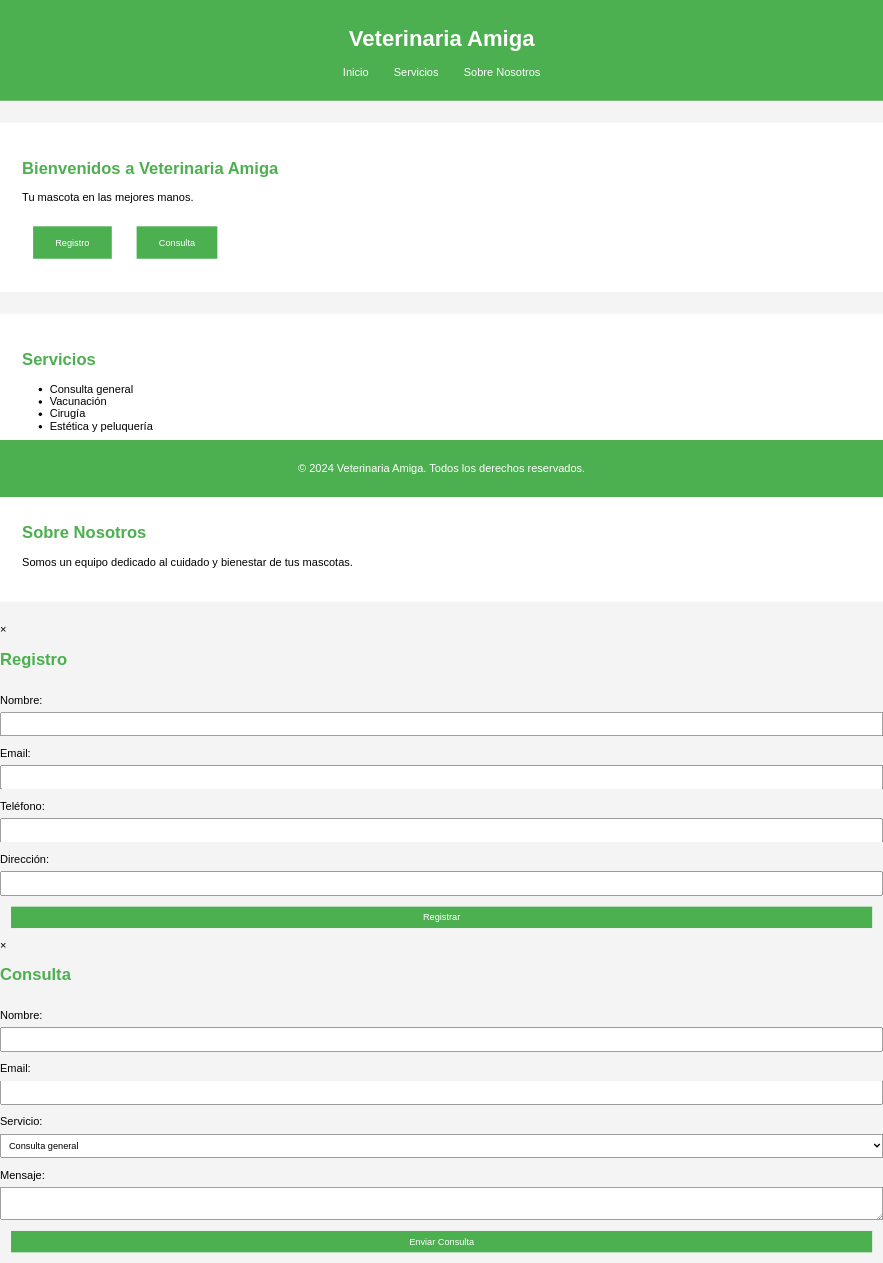
Repository: Lexhon/ProyectoFinal
Page: template/index.html
The author's editor kept a record of every edit. The page is drawn from the files as they stood at one moment, then again after the next edit.
The browser window is 1280 px wide. The pictures show the whole page, at 69% of full size.

Above is the page before.
Not found: static/js/appIndex.js

After the next edit:
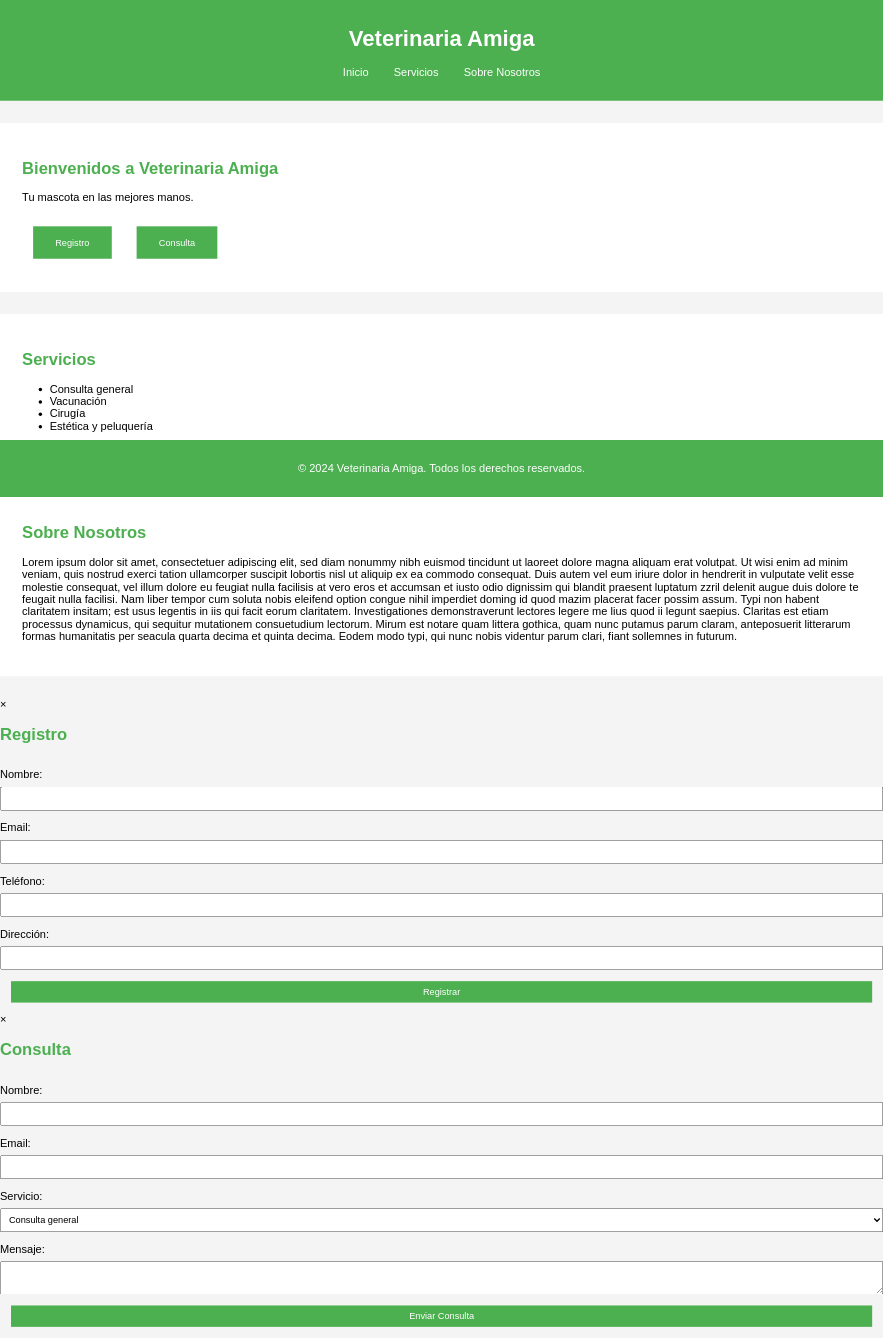
The edit:
--- a/template/index.html
+++ b/template/index.html
@@ -38,7 +38,26 @@
 
     <section id="sobre-nosotros">
         <h2>Sobre Nosotros</h2>
-        <p>Somos un equipo dedicado al cuidado y bienestar de tus mascotas.</p>
+        <p>Lorem ipsum dolor sit amet, consectetuer adipiscing elit,
+        sed diam nonummy nibh euismod tincidunt ut laoreet dolore
+        magna aliquam erat volutpat. Ut wisi enim ad minim veniam,
+        quis nostrud exerci tation ullamcorper suscipit lobortis nisl
+        ut aliquip ex ea commodo consequat. Duis autem vel eum iriure
+        dolor in hendrerit in vulputate velit esse molestie consequat,
+        vel illum dolore eu feugiat nulla facilisis at vero eros et
+        accumsan et iusto odio dignissim qui blandit praesent luptatum
+        zzril delenit augue duis dolore te feugait nulla facilisi.
+        Nam liber tempor cum soluta nobis eleifend option congue
+        nihil imperdiet doming id quod mazim placerat facer possim
+        assum. Typi non habent claritatem insitam; est usus legentis
+        in iis qui facit eorum claritatem. Investigationes
+        demonstraverunt lectores legere me lius quod ii legunt saepius.
+        Claritas est etiam processus dynamicus, qui sequitur mutationem
+        consuetudium lectorum. Mirum est notare quam littera gothica,
+        quam nunc putamus parum claram, anteposuerit litterarum formas
+        humanitatis per seacula quarta decima et quinta decima. Eodem
+        modo typi, qui nunc nobis videntur parum clari, fiant sollemnes
+        in futurum.</p>
     </section>
 
     <footer>
